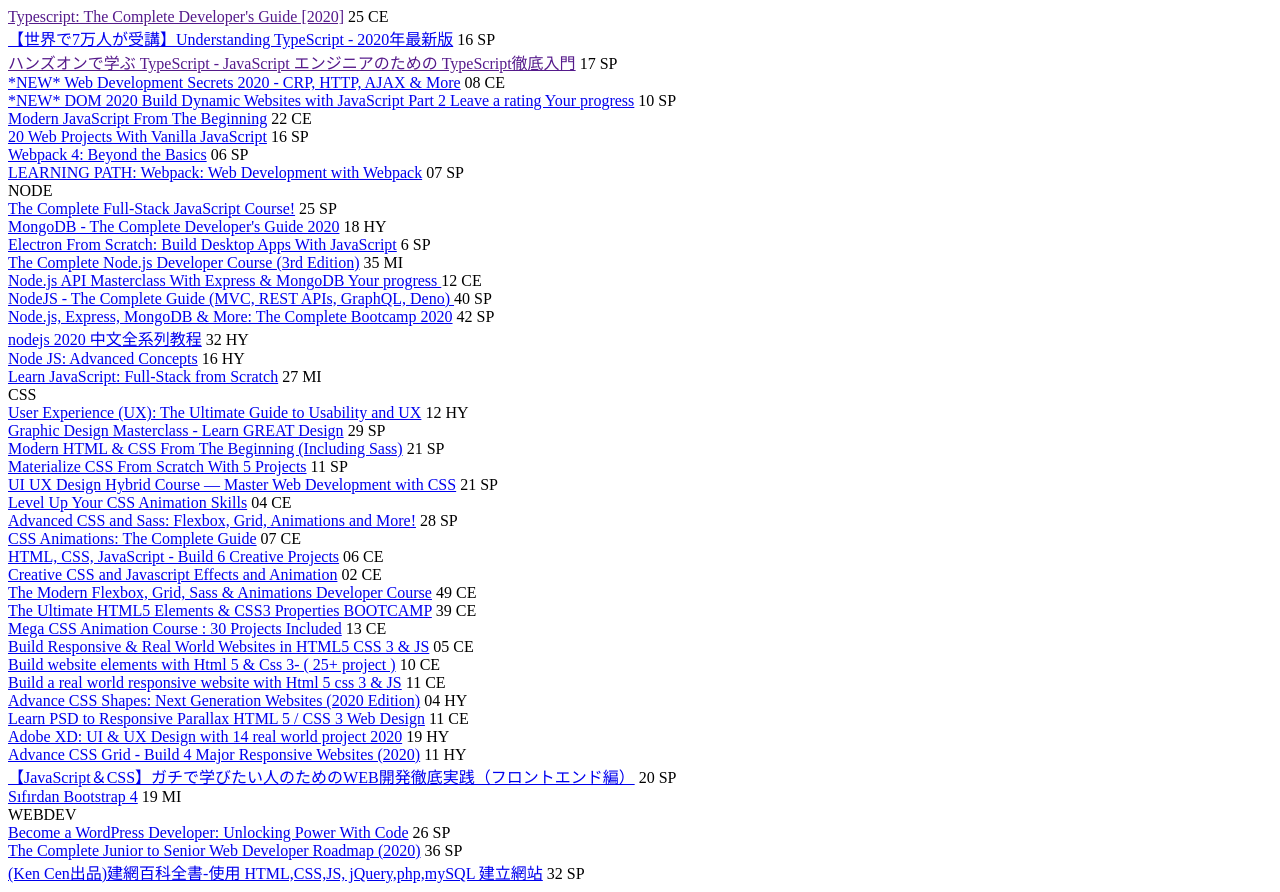
Repository: ClementLight/plan
Page: tmp.html
The author's editor kept a copy of each file at every save. The page is drawn from the files as they stood at one save, then again after the next save.
The browser window is 1280 px wide. The pictures show the whole page.

Above is the page before, as saved 2020-09-01 14:24:01.

After the next save:
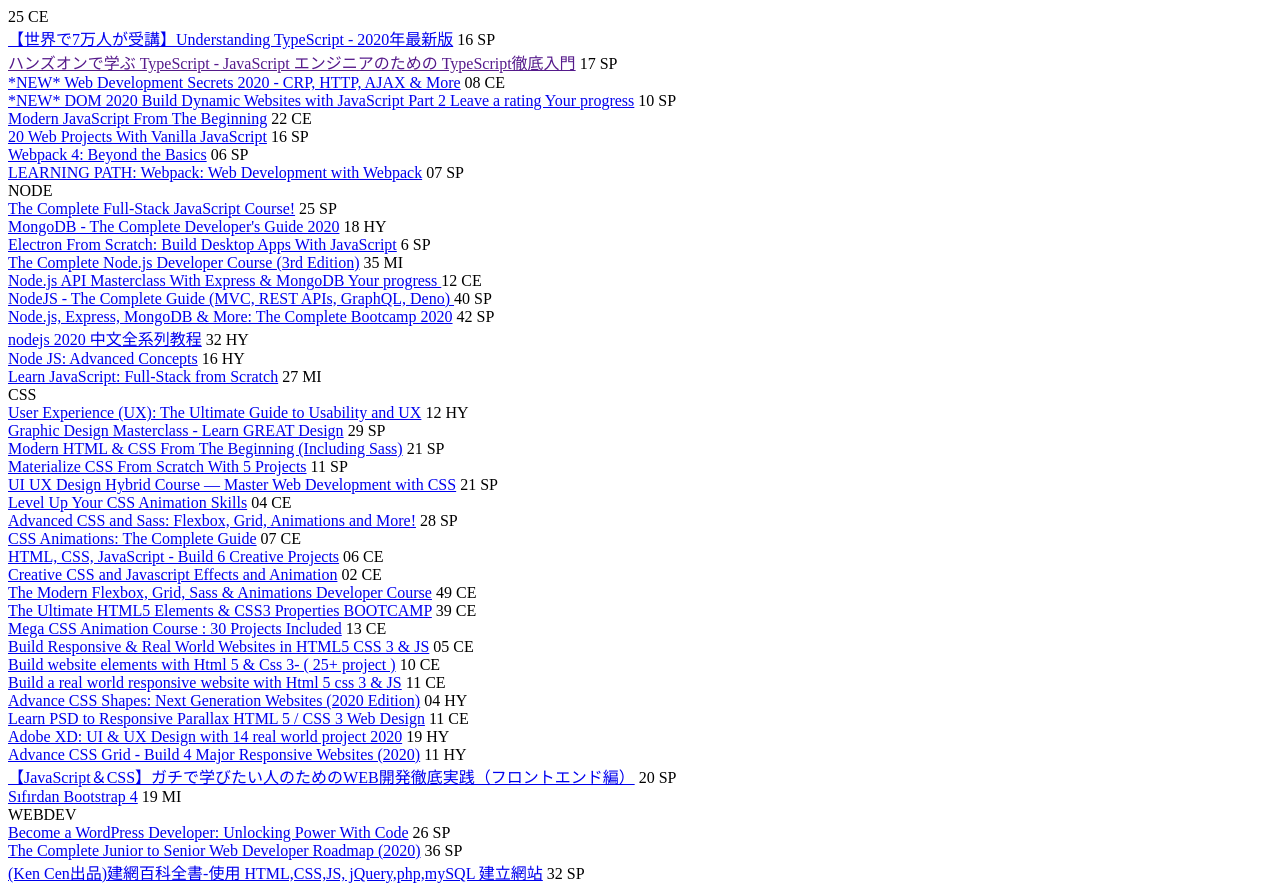
Saved 3 s later.
--- a/tmp.html
+++ b/tmp.html
@@ -1,6 +1,6 @@
 
         <div class="lesson lesson-background-filter">
-          <a class="lessonname" href="">Typescript: The Complete Developer's Guide [2020]</a>
+          <a class="lessonname" href=""></a>
           <span class="hours">25</span>
           <span class="account">CE</span>
         </div>
